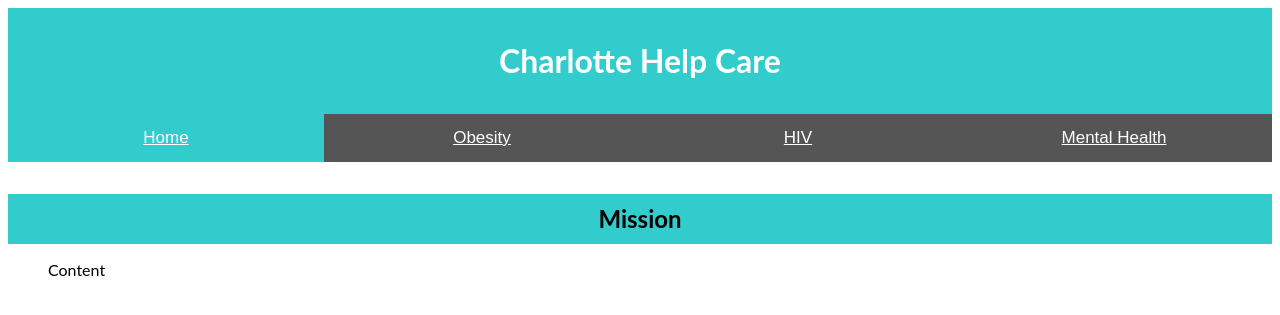
Repository: celrod1/ITIS2211
Page: Index.html
The author's editor kept a record of every edit. The page is drawn from the files as they stood at one moment, then again after the next edit.
The browser window is 1280 px wide. The pictures show the whole page.

Above is the page before.

After the next edit:
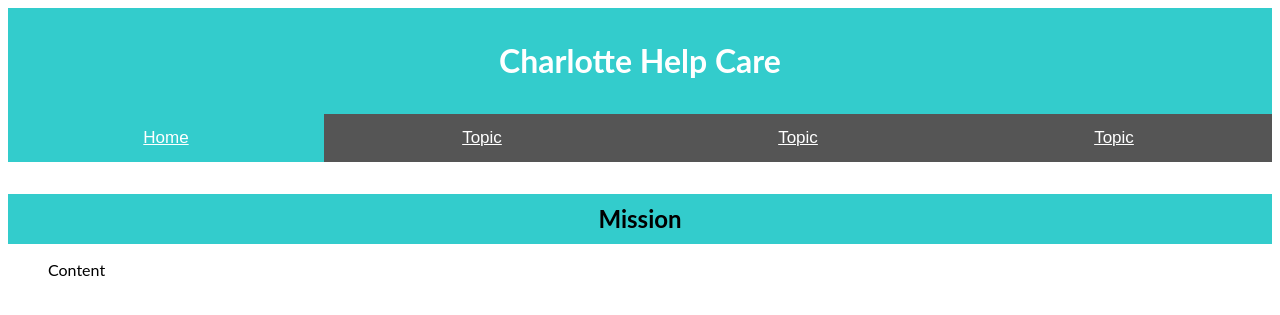
The edit:
--- a/Index.html
+++ b/Index.html
@@ -53,10 +53,10 @@
   <h1>Charlotte Help Care</h1>
 </div>
 
-<button class="tablink" onclick="openTab('Home', this, '#33cccc')" id="defaultOpen"><a href = "https://vfs.cloud9.us-east-2.amazonaws.com/vfs/ef7e645097f449e8a65f7d872a4d3d3c/preview/hVckVth0n/hackathonCLT_RuntimeTerror/home.html" style = "color:white">Home</a></button>
-<button class="tablink" onclick="openTab('Obesity', this, '#ff4d4d')" ><a href = "https://vfs.cloud9.us-east-2.amazonaws.com/vfs/793a59f97b714c8c99acdcfee31570e7/preview/hackathonCLT_RuntimeTerror/obesity.html"  style = "color:white">Obesity</a></button>
-<button class="tablink" onclick="openTab('HIV', this, '#c653c6')"><a href = "https://vfs.cloud9.us-east-2.amazonaws.com/vfs/793a59f97b714c8c99acdcfee31570e7/preview/hackathonCLT_RuntimeTerror/HIV.html"  style = "color:white">HIV</a></button>
-<button class="tablink" onclick="openTab('MentalHealth', this, '#ffb84d')"><a href = "https://vfs.cloud9.us-east-2.amazonaws.com/vfs/793a59f97b714c8c99acdcfee31570e7/preview/hackathonCLT_RuntimeTerror/depression.html"  style = "color:white">Mental Health</a></button>
+<button class="tablink" onclick="openTab('Home', this, '#33cccc')" id="defaultOpen"><a href = "" style = "color:white">Home</a></button>
+<button class="tablink" onclick="openTab('Topic', this, '#ff4d4d')" ><a href = ""  style = "color:white">Topic</a></button>
+<button class="tablink" onclick="openTab('Topic', this, '#c653c6')"><a href = ""  style = "color:white">Topic</a></button>
+<button class="tablink" onclick="openTab('Topic', this, '#ffb84d')"><a href = ""  style = "color:white">Topic</a></button>
 
 <script>
 function openTab(name,elmnt,color) {
